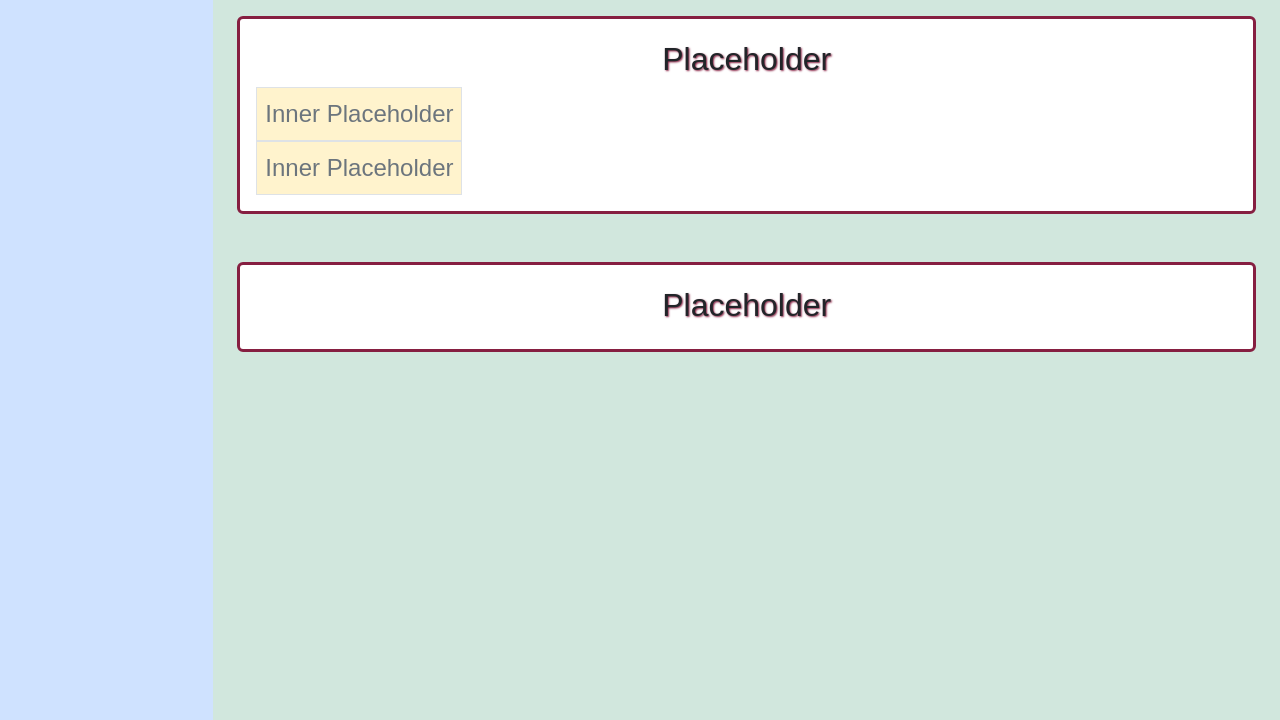
Repository: chancellor-w-whitaker/bec-tab
Page: /
An editor plug-in stored every save of this project. The page is shown before and after the next save, followed by the edit.
The browser window is 1280 px wide. The pictures show the whole page.
Some web fonts or font styles are not loaded; a fallback is used. The project was rebuilt for these pictures with package versions that can differ from the ones it lists, and the page was loaded fresh each time. Also part of the build but not shown: vite.config.js.

Above is the page before, as saved 2024-01-08 22:15:59.

After the next save:
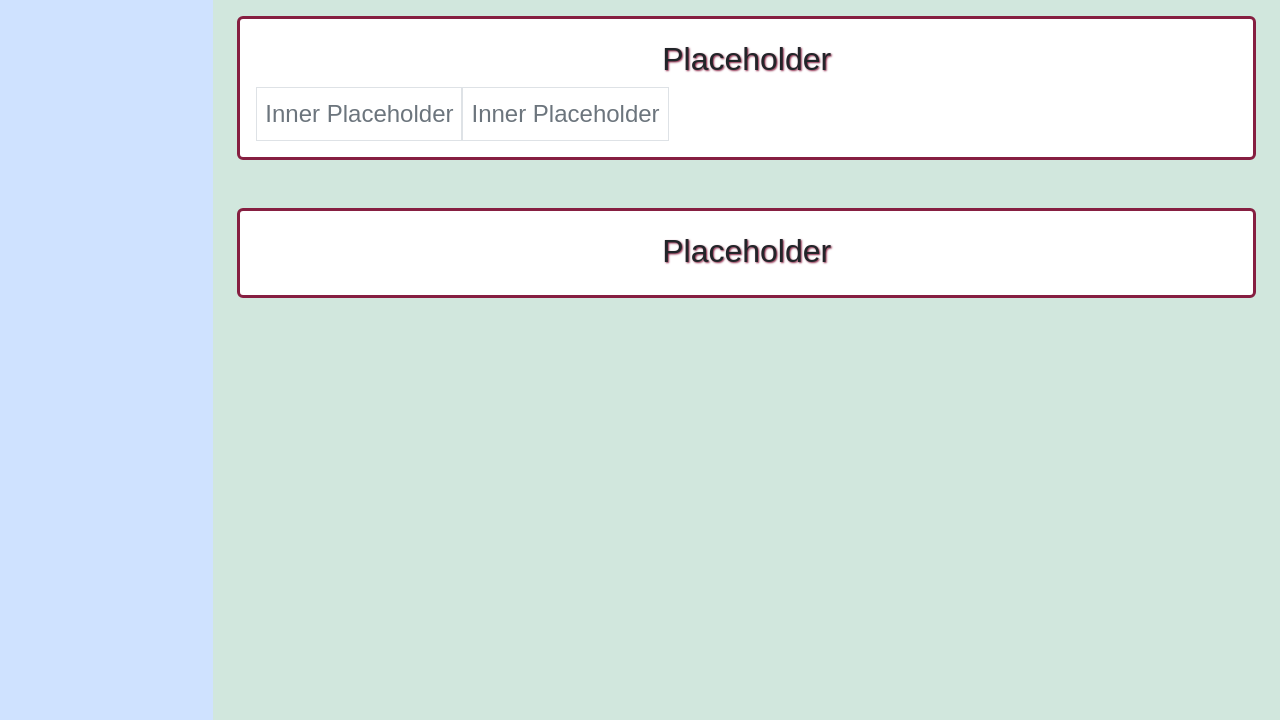
Saved 15 s later.
--- a/src/CleanedApp.jsx
+++ b/src/CleanedApp.jsx
@@ -25,10 +25,8 @@ const MainContent = () => {
       <div className="col-md-9 col-xl-10 ms-sm-auto px-md-4 py-3 bg-success-subtle">
         <div className="d-flex flex-column gap-5">
           <SecondaryContentBlock>
-            <div className="bg-warning-subtle">
-              <TertiaryContentBlock></TertiaryContentBlock>
-              <TertiaryContentBlock></TertiaryContentBlock>
-            </div>
+            <TertiaryContentBlock></TertiaryContentBlock>
+            <TertiaryContentBlock></TertiaryContentBlock>
           </SecondaryContentBlock>
           <SecondaryContentBlock></SecondaryContentBlock>
         </div>
